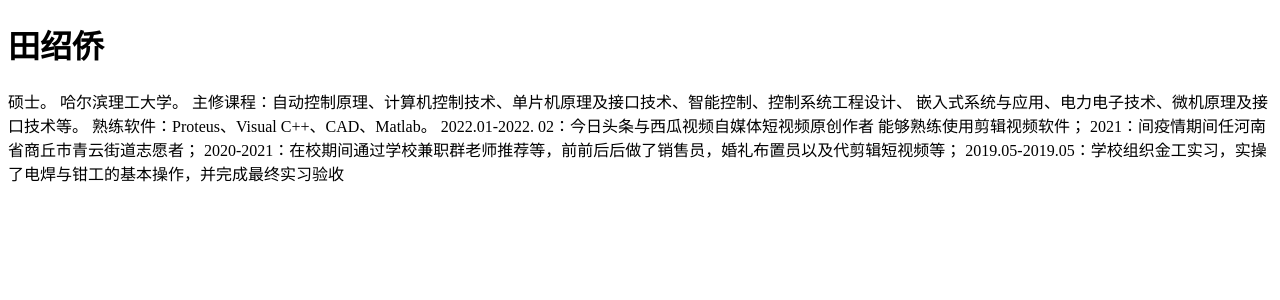
Repository: 402-Lab/402-Lab.github.io
Page: people/tian.html
These files come from the project's save history. The page is drawn as it stood at one moment and after the next save; the edit follows.
The browser window is 1280 px wide. The pictures show the whole page.

Above is the page before, as saved 2022-04-22 11:17:16.

### people/tian.html
<!DOCTYPE html>
<html>
<head>
<meta charset="utf-8">
<title>Shaoqiao Tian</title>
</head>
<body>
    <h1>田绍侨</h1>
    <p> 硕士。
        哈尔滨理工大学。
        主修课程：自动控制原理、计算机控制技术、单片机原理及接口技术、智能控制、控制系统工程设计、
        嵌入式系统与应用、电力电子技术、微机原理及接口技术等。
        熟练软件：Proteus、Visual C++、CAD、Matlab。
            2022.01-2022. 02：今日头条与西瓜视频自媒体短视频原创作者 能够熟练使用剪辑视频软件；
        	2021：间疫情期间任河南省商丘市青云街道志愿者；
        	2020-2021：在校期间通过学校兼职群老师推荐等，前前后后做了销售员，婚礼布置员以及代剪辑短视频等；
        	2019.05-2019.05：学校组织金工实习，实操了电焊与钳工的基本操作，并完成最终实习验收
        </p>
</body>
</html>

After the next save:
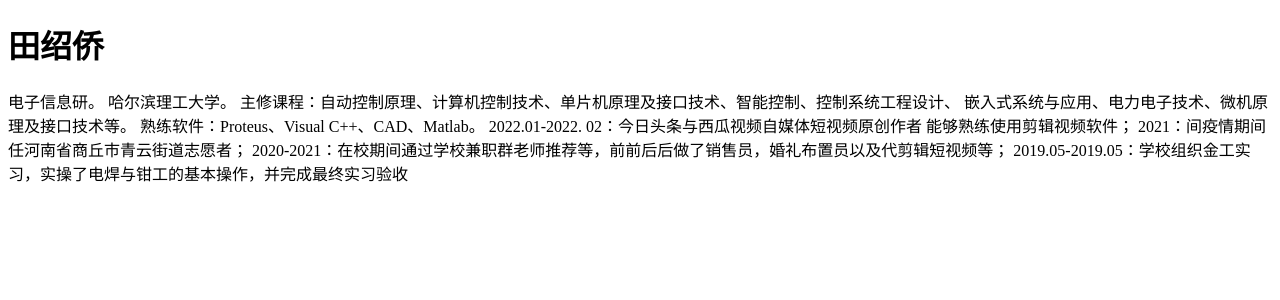
Saved 18 s later.
--- a/people/tian.html
+++ b/people/tian.html
@@ -6,7 +6,7 @@
 </head>
 <body>
     <h1>田绍侨</h1>
-    <p> 硕士。
+    <p> 电子信息研。
         哈尔滨理工大学。
         主修课程：自动控制原理、计算机控制技术、单片机原理及接口技术、智能控制、控制系统工程设计、
         嵌入式系统与应用、电力电子技术、微机原理及接口技术等。
